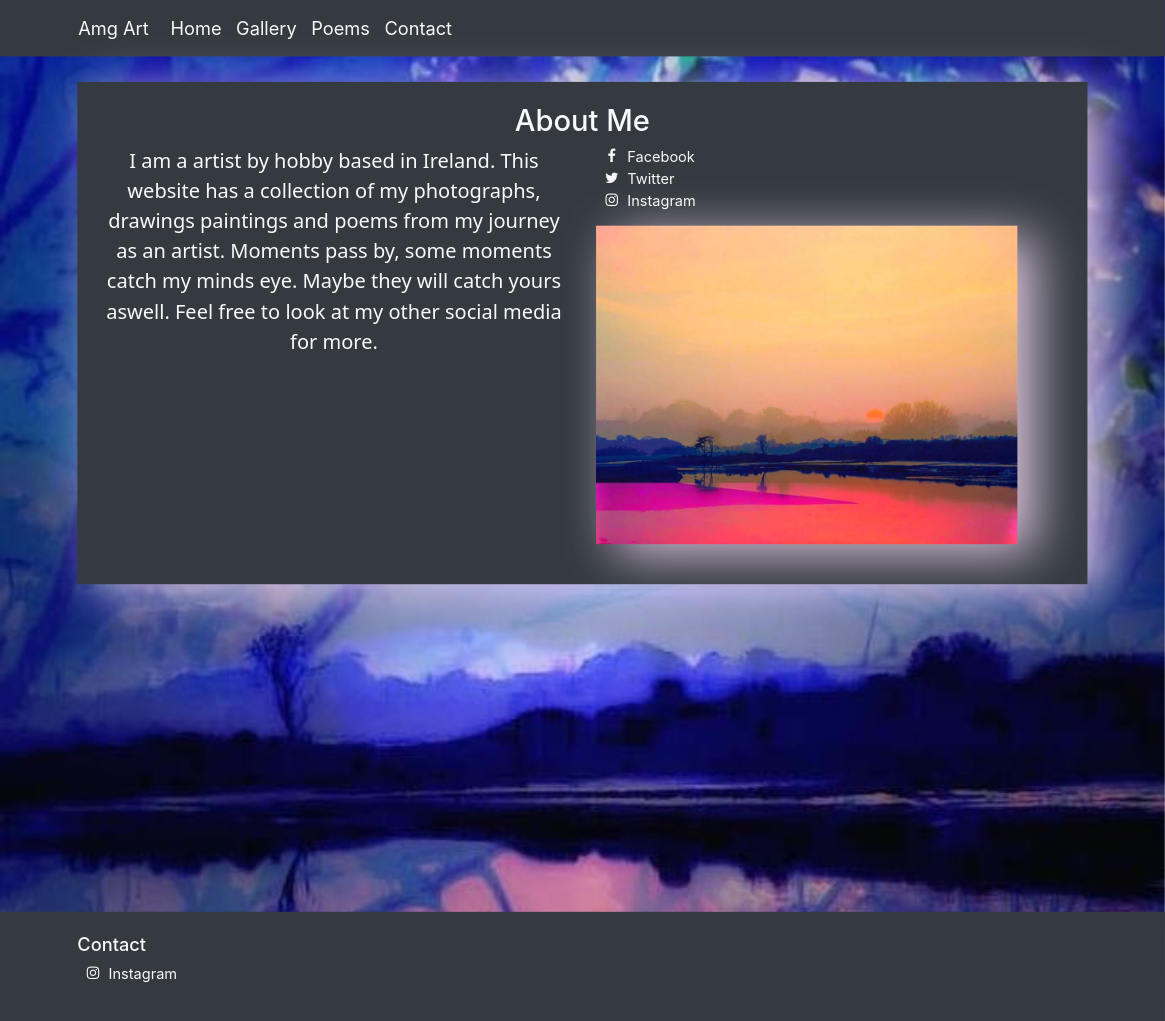
Repository: AllenGleeson/AmgArtGallery
Page: contact.html
The author's editor kept a record of every edit. The page is drawn from the files as they stood at one moment, then again after the next edit.
The browser window is 1280 px wide. The pictures show the whole page, at 91% of full size.

Above is the page before.

After the next edit:
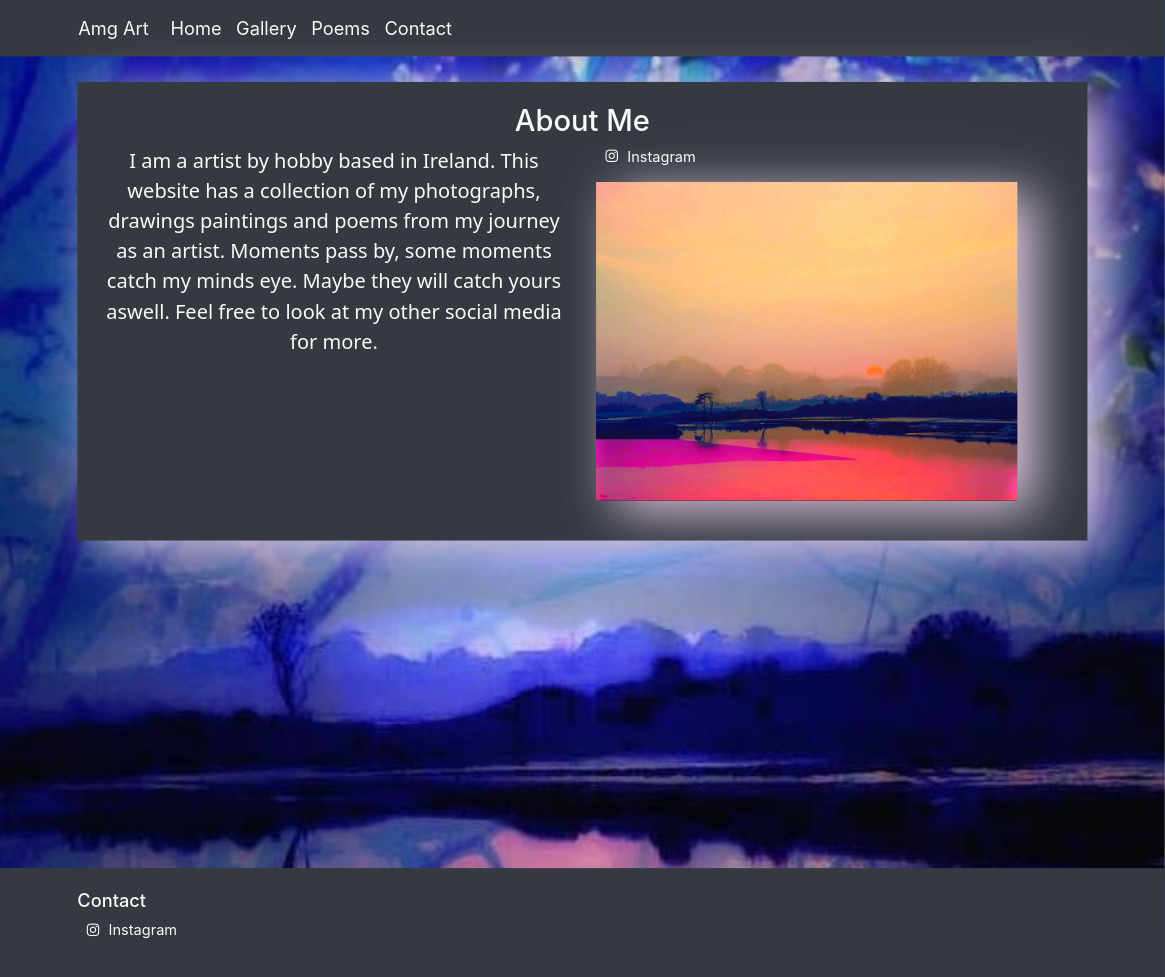
The edit:
--- a/contact.html
+++ b/contact.html
@@ -42,10 +42,8 @@
                     </div>
                     <div class="col-sm-6">
                         <ul class="fa-ul">
-                            <li><a href="www.facebook.com/amgasdsd" class="text-light"><span><i class="fa-li fa fa-facebook"></i>Facebook</span></a></li>
-                            <li><a href="www.twitter.com/amgasdsd" class="text-light"><i class="fa-li fa fa-twitter"></i><span>Twitter</span></a></li>
-                            <li><a href="www.instagram.com/amgasdsd" class="text-light"><i class="fa-li fa fa-instagram"></i><span>Instagram</span></a></li>
-                        </ul>
+                        <li><a href="https://www.instagram.com/annahlinn.art.photography/" class="text-light"><i class="fa-li fa fa-instagram"></i><span>Instagram</span></a></li>
+                    </ul>
                         <img src="assets/images/pinkandred.jpg" id="aboutImage"></img>
                     </div>
                 </div>
